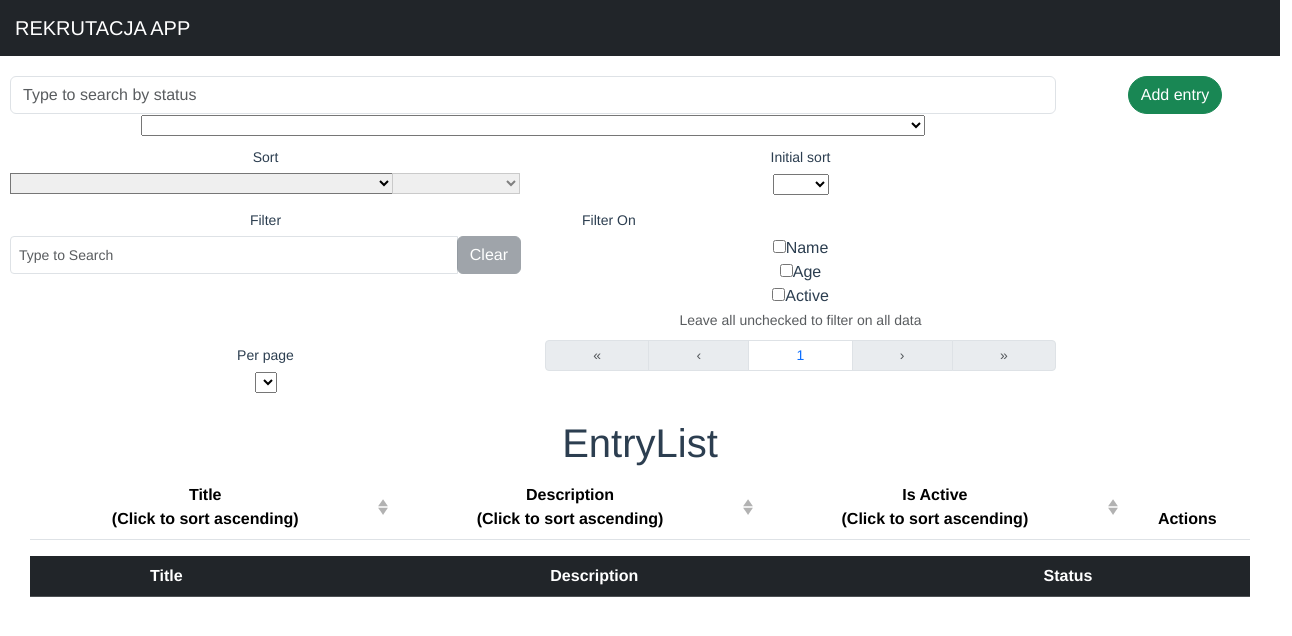
Repository: Madaless/vue_elastic
Page: / (app in vuejsapp/crudapp/)
These files come from the project's save history. The page is drawn as it stood at one moment and after the next save; the edit follows.
The browser window is 1280 px wide. The page is 1292 px wide, so the pictures cover 1292 px, including what lies to the right of the window. The pictures show the whole page.
The page's requests for data from a server got no answer. The project was rebuilt for these pictures with package versions that can differ from the ones it lists, and the page was loaded fresh each time. No one was signed in, and anything a server would have sent is missing.

Above is the page before, as saved 2021-09-12 17:27:04.

After the next save:
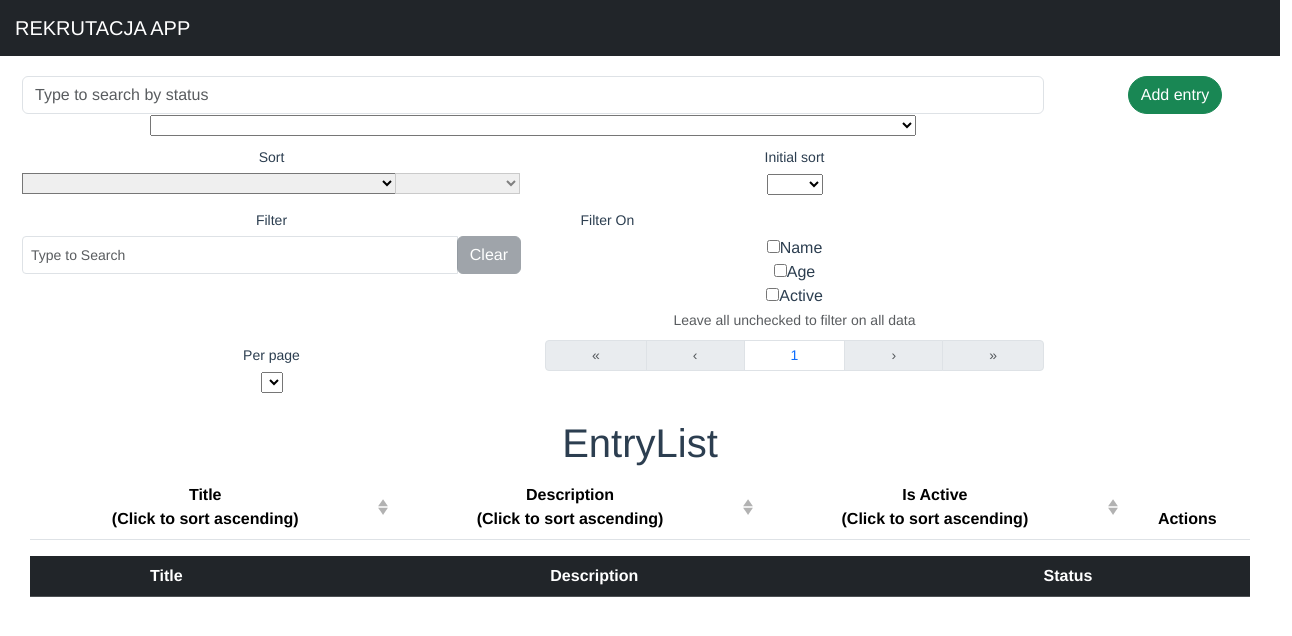
Saved 81 s later.
--- a/vuejsapp/crudapp/src/components/FilterEntry.vue
+++ b/vuejsapp/crudapp/src/components/FilterEntry.vue
@@ -1,5 +1,6 @@
 <template>
   <div>
+      <b-container fluid>
     <b-form-input
       id="filter-input"
       v-model="filter"
@@ -152,7 +153,7 @@
         ></b-pagination>
       </b-col>
     </b-row>
-
+    </b-container >
   </div>
 </template>
 
